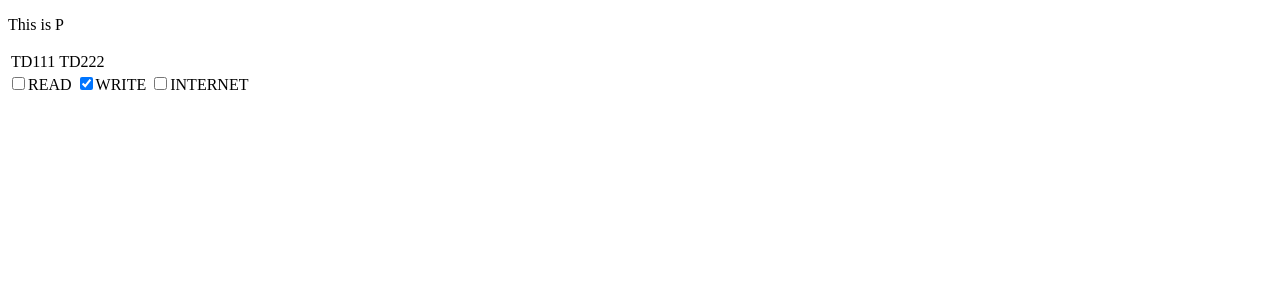
Repository: lixinso/html5
Page: workspace/CSS3/WebContent/selector/selector_brother.html
An editor plug-in stored every save of this project. The page is shown before and after the next save, followed by the edit.
The browser window is 1280 px wide. The pictures show the whole page.

Above is the page before, as saved 2011-05-27 15:22:38.

### workspace/CSS3/WebContent/selector/selector_brother.html
<?xml version="1.0" encoding="UTF-8" ?>
<!DOCTYPE html PUBLIC "-//W3C//DTD XHTML 1.0 Transitional//EN" "http://www.w3.org/TR/xhtml1/DTD/xhtml1-transitional.dtd">
<html xmlns="http://www.w3.org/1999/xhtml">
<head>
<meta http-equiv="Content-Type" content="text/html; charset=UTF-8" />
<title>Insert title here</title>
<style type="text/css">


	p::selection{

		background:red;
		color:#FFF;
	}

 	input[type="text"]::selection{
 		background:gray;
 		color:#FFF
 	}

 	td::selection{
 		background:green;
 		color:#FFF
 	}



</style>
</head>
<body>

	<p>This is P</p>
	<table>
		<tr>
			<td>
				TD111
			</td>
			<td>
				TD222
			</td>
		</tr>
	</table>

	<form>
		<input type="checkbox">READ</input>
		<input type="checkbox" checked>WRITE</input>
		<input type="checkbox">INTERNET</input>
	</form>
</body>
</html>

After the next save:
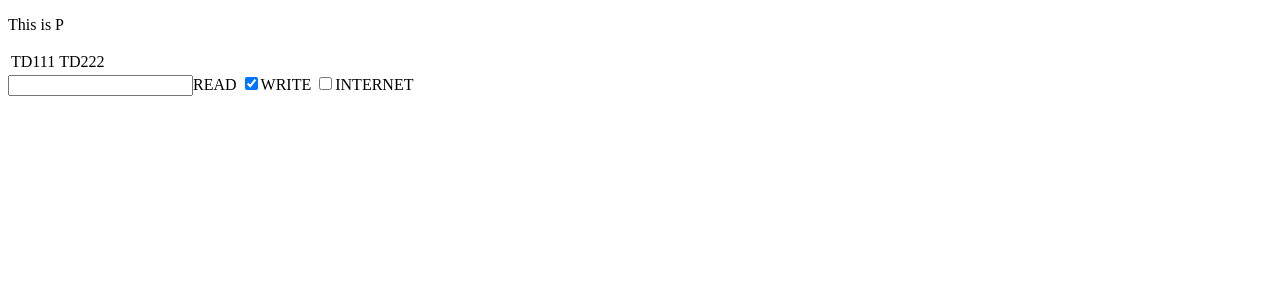
Saved 18 s later.
--- a/workspace/CSS3/WebContent/selector/selector_brother.html
+++ b/workspace/CSS3/WebContent/selector/selector_brother.html
@@ -42,7 +42,7 @@
 	</table>
 
 	<form>
-		<input type="checkbox">READ</input>
+		<input type="text">READ</input>
 		<input type="checkbox" checked>WRITE</input>
 		<input type="checkbox">INTERNET</input>
 	</form>
